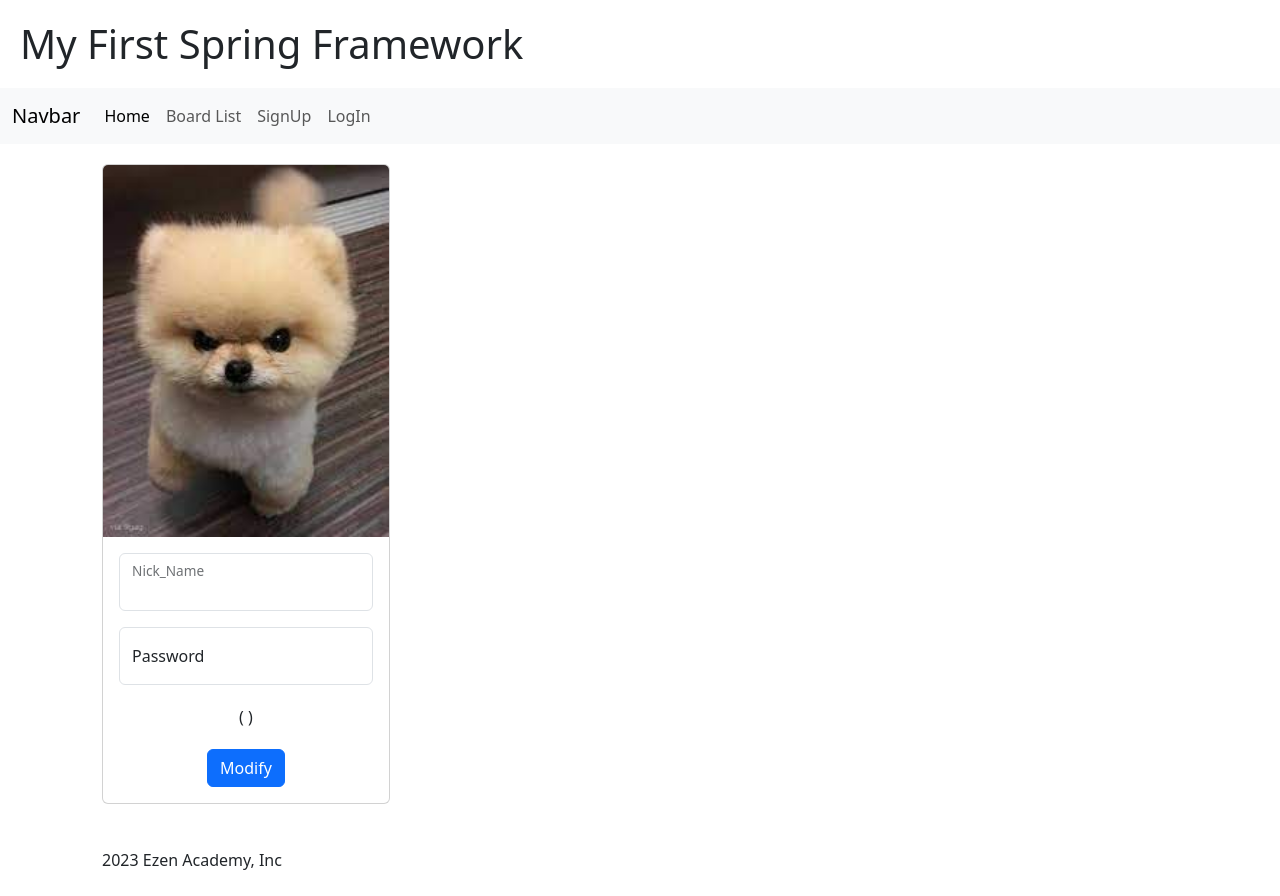
Repository: dhalfks/231101_springSecurity
Page: http://localhost/springProject/WEB-INF/views/member/modify.jsp
These files come from the project's save history. The page is drawn as it stood at one moment and after the next save; the edit follows.
The browser window is 1280 px wide. The pictures show the whole page.
The page is served by Tomcat 9. Nobody is signed in. Other server files are loaded and not shown. The template is opened directly, without the code that normally fills it, so the values that code supplies are empty.

Above is the page before, as saved 2023-10-31 08:32:24.
Console error: TypeError: Cannot read properties of null (reading 'addEventListener')

### _springTest2/springProject/src/main/webapp/WEB-INF/views/member/modify.jsp
<%@ page language="java" contentType="text/html; charset=UTF-8"
    pageEncoding="UTF-8"%>
    <%@ taglib prefix="c" uri="http://java.sun.com/jsp/jstl/core" %>
<!DOCTYPE html>
<html>
<head>
<meta charset="UTF-8">
<title>Insert title here</title>
</head>
<body>
<jsp:include page="../common/header.jsp" />
<jsp:include page="../common/nav.jsp" />

<div class="container text-center">
<div class="row">

<div class="col">
<form action="/member/modify" method="post" id="modifyForm">
<input type="hidden" name="email" value="${mvo.email }">
	<div class="card" style="width: 18rem;">
	  <img src="/resources/image/dog1.jpg" class="card-img-top" alt="...">
	  <div class="card-body">
	    <div class="form-floating mb-3">
		  <input type="text" class="form-control" name ="nickName" id="floatingInput" value="${mvo.nickName }">
		  <label for="floatingInput">Nick_Name</label>
		</div>
		<div class="form-floating">
		  <input type="password" class="form-control" name ="pwd" id="floatingPassword" placeholder="Password">
		  <label for="floatingPassword">Password</label>
		</div>
	    <p class="card-text">${mvo.email } </p>
		   <p>( <c:forEach items="${mvo.authList }" var="authList">
		     ${authList.auth }
		    </c:forEach> )</p>
	    <a href="" class="btn btn-primary" id="modBtn">Modify</a>
	  </div>
	</div>
</form>
</div>

</div>
</div>
<jsp:include page="../common/footer.jsp" />
<script type="text/javascript">
document.getElementById('modBtn').addEventListener('click',(e)=>{
	e.preventDefault();
	document.getElementById('modifyForm').submit();
});
</script>
</body>
</html>

### _springTest2/springProject/src/main/webapp/WEB-INF/views/common/header.jsp
<%@ page language="java" contentType="text/html; charset=UTF-8"
    pageEncoding="UTF-8"%>
    <%@ taglib uri="http://java.sun.com/jsp/jstl/core" prefix="c"%>
<!DOCTYPE html>
<html>
<head>
<meta charset="UTF-8">
<title>Insert title here</title>
<link href="https://cdn.jsdelivr.net/npm/bootstrap@5.3.1/dist/css/bootstrap.min.css" rel="stylesheet" integrity="sha384-4bw+/aepP/YC94hEpVNVgiZdgIC5+VKNBQNGCHeKRQN+PtmoHDEXuppvnDJzQIu9" crossorigin="anonymous">
<script src="https://cdn.jsdelivr.net/npm/bootstrap@5.3.1/dist/js/bootstrap.bundle.min.js" integrity="sha384-HwwvtgBNo3bZJJLYd8oVXjrBZt8cqVSpeBNS5n7C8IVInixGAoxmnlMuBnhbgrkm" crossorigin="anonymous"></script>
<style type="text/css">
h1, p, h3, form{
margin: 20px;
}
</style>
</head>

<body>
<h1>My First Spring Framework</h1>

</body>
</html>

### _springTest2/springProject/src/main/webapp/WEB-INF/views/common/nav.jsp
<%@ page language="java" contentType="text/html; charset=UTF-8"
    pageEncoding="UTF-8"%>
<%@ taglib uri="http://java.sun.com/jsp/jstl/core" prefix="c"%>
<%@ taglib uri="http://www.springframework.org/security/tags" prefix="sec" %>
<!DOCTYPE html>
<html>
<head>
<meta charset="UTF-8">
<title>Insert title here</title>
</head>
<body>
<header>
	<nav class="navbar navbar-expand-lg bg-body-tertiary">
  <div class="container-fluid">
    <a class="navbar-brand" href="/">Navbar</a>
    <button class="navbar-toggler" type="button" data-bs-toggle="collapse" data-bs-target="#navbarSupportedContent" aria-controls="navbarSupportedContent" aria-expanded="false" aria-label="Toggle navigation">
      <span class="navbar-toggler-icon"></span>
    </button>
    <div class="collapse navbar-collapse" id="navbarSupportedContent">
      <ul class="navbar-nav me-auto mb-2 mb-lg-0">
        <li class="nav-item">
          <a class="nav-link active" aria-current="page" href="/">Home</a>
        </li>
        <li class="nav-item">
          <a class="nav-link" href="/board/list">Board List</a>
        </li>
        <!-- 현재 인증한 사용자의 정보를 가져와서 해당 권한이 있는 케이스를 open -->
        <!-- 사용자 정보는 principal -->
        <!-- admin 계정만 할 수 있는 일을 처리 -->
        <!-- anyMatch() : stream 매칭메서드 (최소한 한개의 요소가 주어진 조건에 맞는지 조사) -->

        <sec:authorize access="isAuthenticated()">

        <sec:authentication property="principal.mvo.email" var="authEmail"/>
        <sec:authentication property="principal.mvo.nickName" var="authNick"/>
        <sec:authentication property="principal.mvo.authList" var="auths"/>

        <c:choose>
        	<c:when test="${auths.stream().anyMatch(authVO -> authVO.auth.equals('ROLE_ADMIN')).get()}">
	        	<li class="nav-item">
	        		<a class="nav-link" href="/member/list">${authNick }(${authEmail }/ADMIN)</a>
	        	</li>
        	</c:when>
        	<c:otherwise>
        		<li class="nav-item">
	        		<a class="nav-link" href="/member/modify?email=${authEmail }">${authNick }(${authEmail })</a>
	        	</li>
        	</c:otherwise>
        </c:choose>

		<li class="nav-item">
		    <a class="nav-link" href="/board/register">Board Reg</a>
		</li>
        <!-- 로그인 해야 open 되는 메뉴들... -->
        <li class="nav-item">
	        <a class="nav-link" href="" id="logoutLink">LogOut</a>
         </li>
	        <form action="/member/logout" method="post" id="logoutForm">
	        	<input type="hidden" name="email" value="${authEmail }">

	        </form>
        </sec:authorize>
        <!-- 아직 로그인 전 상태에서 open 되어야 할 메뉴 -->
        <sec:authorize access="isAnonymous()">
	        <li class="nav-item">
	          <a class="nav-link" href="/member/register">SignUp</a>
	        </li>
	        <li class="nav-item">
	          <a class="nav-link" href="/member/login">LogIn</a>
	        </li>
        </sec:authorize>
      </ul>

    </div>
  </div>
</nav>
</header>
<script type="text/javascript">
document.getElementById('logoutLink').addEventListener('click',(e)=>{
	e.preventDefault();
	document.getElementById('logoutForm').submit();
});
</script>
</body>
</html>

### _springTest2/springProject/src/main/webapp/WEB-INF/views/common/footer.jsp
<%@ page language="java" contentType="text/html; charset=UTF-8"
    pageEncoding="UTF-8"%>
    <%@ taglib uri="http://java.sun.com/jsp/jstl/core" prefix="c"%>
<!DOCTYPE html>
<html>
<head>
<meta charset="UTF-8">
<title>Insert title here</title>
</head>
<body>
<div class="container my-4">
	<p>2023 Ezen Academy, Inc</p>
</div>
</body>
</html>

After the next save:
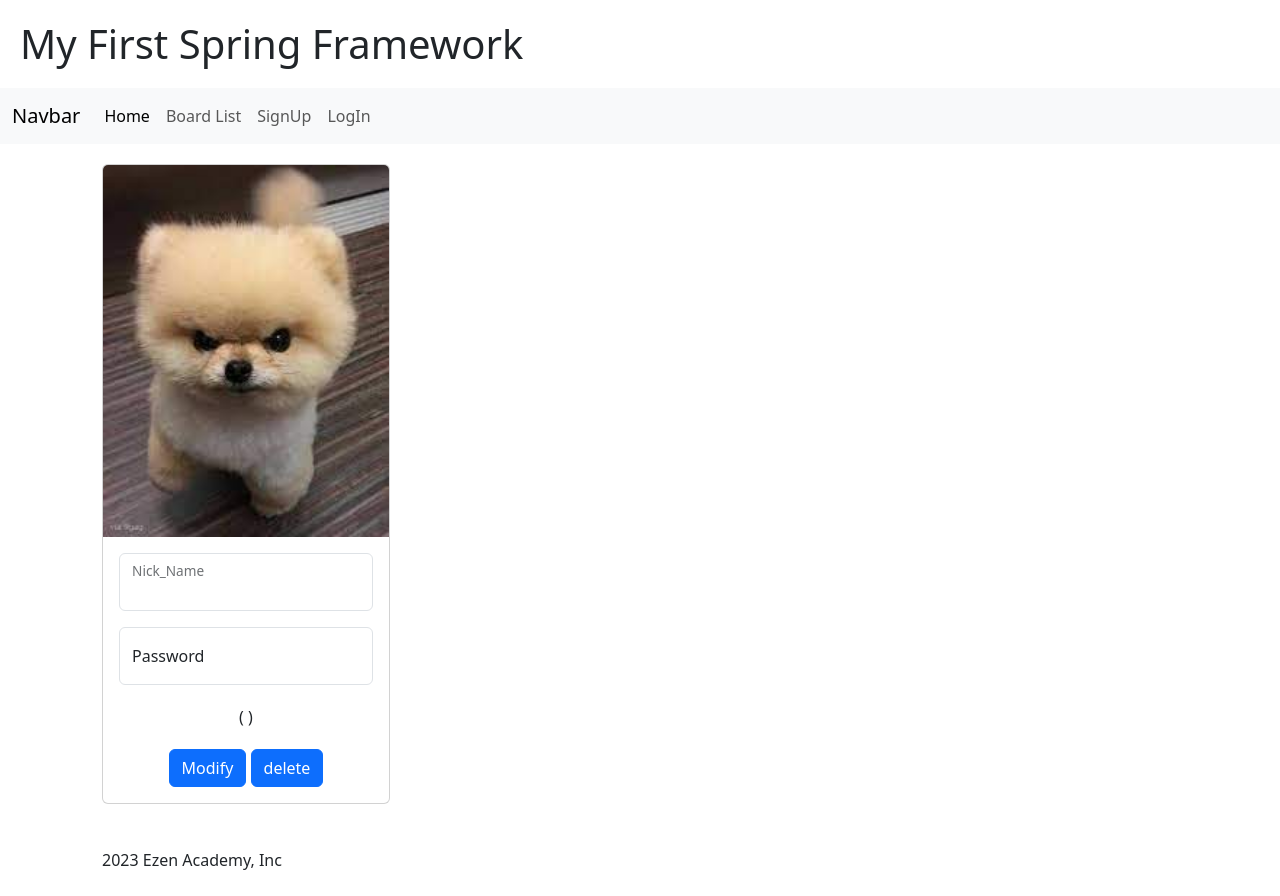
Saved 3 min 55 s later.
--- a/_springTest2/springProject/src/main/webapp/WEB-INF/views/member/modify.jsp
+++ b/_springTest2/springProject/src/main/webapp/WEB-INF/views/member/modify.jsp
@@ -33,6 +33,7 @@
 		     ${authList.auth }
 		    </c:forEach> )</p>
 	    <a href="" class="btn btn-primary" id="modBtn">Modify</a>
+	    <a href="/member/remove" class="btn btn-primary">delete</a>
 	  </div>
 	</div>
 </form>
